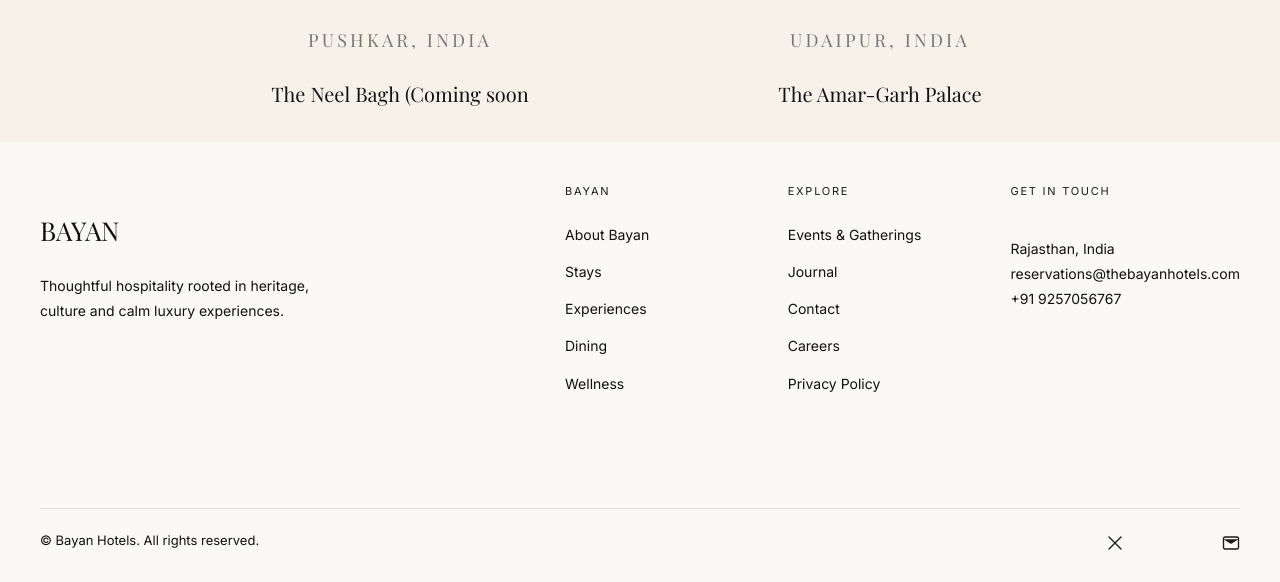
Repository: Arpitpawa/bayan-website
Page: properties/jaibagh-palace.html
These files come from the project's save history. The page is drawn as it stood at one moment and after a run of saves; the edit follows.
The browser window is 1280 px wide. The pictures show the part of the page from y = 4974 to 5556 px (the page is 5556 px tall).
A picture or video elsewhere on the page could not be fetched, so the positions and the page height are approximate.

Above is the page before, as saved 2026-02-28 11:58:21.
Console error: TypeError: Cannot set properties of null (setting 'onclick')

### properties/jaibagh-palace.html
<!DOCTYPE html>
<html lang="en">
<head>
  <meta charset="UTF-8">
  <title>The Jaibagh Palace, Jaipur | Bayan Group</title>
  <meta name="viewport" content="width=device-width, initial-scale=1.0">

  <!-- Fonts -->
  <link href="https://fonts.googleapis.com/css2?family=Playfair+Display:wght@400;500&family=Inter:wght@300;400&display=swap" rel="stylesheet">
<!-- Favicon -->
<link rel="apple-touch-icon" sizes="180x180" href="../assets/favicon/apple-touch-icon.png">
<link rel="icon" type="image/png" sizes="32x32" href="../assets/favicon/favicon-32x32.png">
<link rel="icon" type="image/png" sizes="16x16" href="../assets/favicon/favicon-16x16.png">
<link rel="shortcut icon" href="../assets/favicon/favicon.ico">
<link rel="manifest" href="../assets/favicon/site.webmanifest">

  <!-- CSS -->
  <link rel="stylesheet" href="../assets/css/hotel-detail.css">
     <link rel="stylesheet" href="../assets/css/style.css" />
   <link rel="stylesheet" href="../assets/css/header.css" />
    <link rel="stylesheet" href="../assets/css/footer.css" />
    <link rel="stylesheet" href="../assets/css/brand-skin.css" />

  <!-- Leaflet -->
<link
  rel="stylesheet"
  href="https://unpkg.com/leaflet@1.9.4/dist/leaflet.css"
/>
<script
  src="https://unpkg.com/leaflet@1.9.4/dist/leaflet.js"
  defer
></script>
<script src="https://unpkg.com/lucide@latest"></script>
</head>

<body class="hotel-page">
<!-- ================= HEADER ================= -->
    <header class="site-header">
      <div class="nav-bar">
        <!-- LEFT -->
        <div class="nav-left">
          <button class="menu-toggle" id="menuToggle">
            <svg viewBox="0 0 24 10">
              <line x1="0" y1="1" x2="24" y2="1"></line>
              <line x1="0" y1="9" x2="24" y2="9"></line>
            </svg>
            <span>Menu</span>
          </button>


        </div>

        <!-- CENTER -->
        <a href="../index.html" class="logo">
  <span class="logo-main">BAYAN</span>
  <span class="logo-sub">GROUP OF HOTELS & RESORTS</span>
</a>

        <!-- RIGHT -->
        <a
  href="https://www.swiftbook.io/inst/#group?groupId=341NlfplxPrIg9W3WZzfdTQ5Njg=&JDRN=Y"
  class="nav-cta"
  target="_blank"
  rel="noopener noreferrer"
>
  <span class="cta-desktop">BOOK NOW</span>
  <span class="cta-mobile">RESERVE</span>
</a>


      </div>
    </header>

<!-- ================= MENU OVERLAY ================= -->
<div class="menu-overlay" id="menuOverlay">
  <button class="menu-close-btn" id="menuCloseBtn" aria-label="Close menu">
    <span></span>
    <span></span>
  </button>

  <div class="menu-container">
    <nav class="menu-nav">
  <a href="../index.html">Home</a>
  <a href="../hotels.html">Stays</a>
  <a href="../experiences.html">Experiences</a>
  <a href="../offers.html">Offers</a>
  <a href="../wellness.html">Wellness</a>
  <a href="../dining.html">Dining</a>
  <a href="../about.html">About Bayan</a>
</nav>


    <div class="menu-destinations">
      <span class="menu-eyebrow">Discover Bayan In</span>
      <a href="#">Jaipur</a>
      <a href="#">Udaipur</a>
      <a href="#">Kumbhalgarh</a>
      <a href="#">Sawai Madhopur</a>
      <span class="coming">Pushkar — Coming Soon</span>
      <span class="coming">Jodhpur — Coming Soon</span>
    </div>
  </div>
</div>

<div class="nav-spacer"></div>

  <!-- PROPERTY SUB NAV -->
<section class="property-subnav">
  <div class="property-subnav-inner">

    <!-- Left: Property Name -->
    <div class="property-breadcrumb">
      THE JAIBAGH PALACE
    </div>

    <!-- Right: Section Links -->
    <nav class="property-links">
      <a href="#overview">Overview</a>
      <a href="#rooms">Accommodation</a>
      <a href="#experiences">Experiences</a>
      <a href="#dining">Dining</a>
      <a href="#wellness">Wellness</a>
      <a href="#getting-here">Getting Here</a>
    </nav>

  </div>
</section>

  <!-- HERO -->
  <section class="hotel-hero">
    <img src="../assets/images/jaibagh/jaibagh-jaipur.webp" alt="The Jaibagh Palace Jaipur">
     <!-- ================= LUXURY BOOKING BAR ================= -->

  </section>

 <section class="hotel-intro-discover">

  <!-- INTRO -->
  <div class="hotel-intro-block">
    <span class="hotel-location">Jaipur, Rajasthan</span>
    <h1>The Jaibagh Palace</h1>

    <p class="hotel-intro-text">
      A heritage palace retreat inspired by Rajputana architecture, set amidst the quiet hills on the outskirts of Jaipur.
      Designed to evoke the grandeur of a bygone era, The Jaibagh Palace offers serene courtyards, refined interiors and an atmosphere of calm sophistication deeply rooted in place and tradition.
    </p>
  </div>

  <!-- DISCOVER HEADER -->
  <div class="discover-header">
    <span class="discover-eyebrow">MAJESTIC EXPERIENCES</span>

    <h2>
      Discover timeless heritage, where every moment
      creates unforgettable memories
    </h2>

    <p>
      From regal dining halls to serene courtyards and immersive
      cultural experiences, every corner tells a story.
    </p>
  </div>

  <!-- SLIDER -->
  <div class="discover-slider">

    <button class="discover-nav prev">&#10094;</button>

    <div class="discover-viewport">
      <div class="discover-track" id="discoverTrack">

        <div class="discover-slide"><img src="../assets/images/jaibagh/g1.webp"><span>Royal Arrival</span></div>
        <div class="discover-slide"><img src="../assets/images/jaibagh/g2.webp"><span>Courtyard Architecture</span></div>
        <div class="discover-slide"><img src="../assets/images/jaibagh/g3.webp"><span>Golden Evenings</span></div>
        <div class="discover-slide"><img src="../assets/images/jaibagh/g4.webp"><span>Historic Detailing</span></div>
        <div class="discover-slide"><img src="../assets/images/jaibagh/g5.webp"><span>Authentic Dining</span></div>
        <div class="discover-slide"><img src="../assets/images/jaibagh/g6.webp"><span>Luxury Suite</span></div>
        <div class="discover-slide"><img src="../assets/images/jaibagh/g7.webp"><span>Royal Experiences</span></div>
        <div class="discover-slide"><img src="../assets/images/jaibagh/g8.webp"><span>Serene Interiors</span></div>
        <div class="discover-slide"><img src="../assets/images/jaibagh/g9.webp"><span>Pool & Leisure</span></div>
        <div class="discover-slide"><img src="../assets/images/jaibagh/g10.webp"><span>Sunset Moments</span></div>
        <div class="discover-slide"><img src="../assets/images/jaibagh/g11.webp"><span>Detail & Craft</span></div>
        <div class="discover-slide"><img src="../assets/images/jaibagh/g12.webp"><span>Timeless Heritage</span></div>

      </div>
    </div>

    <button class="discover-nav next">&#10095;</button>

  </div>

  <!-- PROGRESS LINE -->
  <div class="discover-progress">
    <div class="discover-progress-bar" id="discoverProgress"></div>
  </div>

</section>
  <!-- =========================================
     ROOM CATEGORIES SLIDER – JAIBAGH
========================================= -->
<section id="accommodation" class="rooms-section">

  <div class="rooms-header">
    <span class="section-eyebrow">Rooms & Suites</span>
    <h2>Spaces shaped by quiet elegance</h2>
  </div>

  <!-- Arrows in white space -->
  <button class="room-nav prev" id="roomPrev">‹</button>
  <button class="room-nav next" id="roomNext">›</button>

  <div class="rooms-slider">
    <div class="rooms-track" id="roomsTrack">

      <!-- CLASSIC ROOM -->
      <div class="room-slide">
        <div class="room-image">
          <img src="../assets/images/jaibagh/1.png" alt="Classic Room">
        </div>
        <div class="room-content">
          <h3>Classic Room</h3>
          <p>
            Thoughtfully designed spaces offering comfort and understated elegance,
            inspired by traditional Rajputana architecture.
          </p>
          <ul class="room-meta">
            <li>Garden or Courtyard View</li>
            <li>2 Adults</li>
          </ul>
          <a
  href="https://www.swiftbook.io/inst/#group?groupId=341NlfplxPrIg9W3WZzfdTQ5Njg=&JDRN=Y"
  target="_blank"
  class="room-btn">
  View Details
</a>
        </div>
      </div>

      <!-- HERITAGE ROOM -->
      <div class="room-slide">
        <div class="room-image">
          <img src="../assets/images/jaibagh/7.png" alt="Heritage Room">
        </div>
        <div class="room-content">
          <h3>Heritage Room</h3>
          <p>
            A refined blend of heritage detailing and contemporary comfort,
            overlooking landscaped courtyards.
          </p>
          <ul class="room-meta">
            <li>Courtyard View</li>
            <li>2 Adults</li>
          </ul>
         <a
  href="https://www.swiftbook.io/inst/#group?groupId=341NlfplxPrIg9W3WZzfdTQ5Njg=&JDRN=Y"
  target="_blank"
  class="room-btn">
  View Details
</a>
        </div>
      </div>

      <!-- MAHARANI SUITE -->
      <div class="room-slide">
        <div class="room-image">
          <img src="../assets/images/jaibagh/6.png" alt="Maharani Suite">
        </div>
        <div class="room-content">
          <h3>Maharani Suite</h3>
          <p>
            Spacious suites reflecting royal grandeur with handcrafted interiors
            and serene garden views.
          </p>
          <ul class="room-meta">
            <li>Suite Category</li>
            <li>2–3 Adults</li>
          </ul>

  <a
  href="https://www.swiftbook.io/inst/#group?groupId=341NlfplxPrIg9W3WZzfdTQ5Njg=&JDRN=Y"
  target="_blank"
  class="room-btn">
  View Details
</a>

        </div>
      </div>

      <!-- MAHARAJA SUITE -->
      <div class="room-slide">
        <div class="room-image">
          <img src="../assets/images/jaibagh/5.png" alt="Maharaja Suite">
        </div>
        <div class="room-content">
          <h3>Maharaja Suite</h3>
          <p>
            The most exclusive accommodation offering expansive living areas,
            regal detailing and complete privacy.
          </p>
          <ul class="room-meta">
            <li>Premium Suite</li>
            <li>2–4 Adults</li>
          </ul>

  <a
  href="https://www.swiftbook.io/inst/#group?groupId=341NlfplxPrIg9W3WZzfdTQ5Njg=&JDRN=Y"
  target="_blank"
  class="room-btn">
  View Details
</a>

        </div>
      </div>

    </div>
  </div>
<div class="rooms-progress">
  <div class="rooms-progress-bar" id="roomsProgressBar"></div>
</div>
</section>

  <!-- EDITORIAL GRID -->
  <section id="experiences" class="hotel-editorial">

    <div class="editorial-item">
      <img src="../assets/images/jaibagh/dining.webp" alt="">
      <h3 id="dining">Moments in Dining</h3>
      <p>
        A refined culinary experience inspired by Rajasthani heritage,
        seasonal ingredients, and understated presentation.
      </p>
    </div>

    <div class="editorial-item">
      <img src="../assets/images/jaibagh/g2.webp" alt="">
      <h3>A Gateway to Jaipur</h3>
      <p>
        Explore the cultural heart of Jaipur through curated journeys,
        historic landmarks, and intimate local encounters.
      </p>
    </div>

    <div class="editorial-item" id="wellness">
      <img src="../assets/images/jaibagh/wellness.webp" alt="">
      <h3>Wellbeing & Stillness</h3>
      <p>
        Spaces dedicated to rest and renewal, blending traditional
        wellness practices with modern comfort.
      </p>
    </div>

  </section>
  <!-- CELEBRATIONS & EVENTS -->
<!-- ================= CELEBRATIONS & EVENT SPACES ================= -->
<section class="venue-section">

  <h2 class="venue-heading">Our Elegant Event Spaces</h2>

  <div class="venue-list">

    <!-- FRONT LAWN -->
    <div class="venue-item">

      <div class="venue-row">
        <span class="venue-name">Front Lawn</span>
        <span class="venue-capacity">Up to 1000 Guests</span>
        <button class="venue-toggle">Discover More</button>
      </div>

      <div class="venue-expand">
        <div class="venue-expand-inner">

          <div class="venue-image">
            <img src="../assets/images/jaibagh/frontlawn.JPG" alt="Front Lawn">
          </div>

          <div class="venue-content">
            <h3>Front Lawn</h3>
            <p>
              A sprawling 20,000 sq.ft landscaped lawn ideal for grand weddings,
              receptions and large-scale celebrations in regal surroundings.
            </p>
            <a href="https://www.swiftbook.io/inst/#group?groupId=341NlfplxPrIg9W3WZzfdTQ5Njg=&JDRN=Y"
               class="venue-btn" target="_blank">Make an Enquiry</a>
          </div>

        </div>
      </div>

    </div>

    <!-- CENTRAL COURTYARD -->
    <div class="venue-item">

      <div class="venue-row">
        <span class="venue-name">Central Courtyard</span>
        <span class="venue-capacity">100 – 150 Guests</span>
        <button class="venue-toggle">Discover More</button>
      </div>

      <div class="venue-expand">
        <div class="venue-expand-inner">

          <div class="venue-image">
            <img src="../assets/images/jaibagh/centralcourtyard.png" alt="Central Courtyard">
          </div>

          <div class="venue-content">
            <h3>Central Courtyard</h3>
            <p>
              An intimate 2,500 sq.ft courtyard space perfect for curated
              celebrations, private gatherings and elegant evening events.
            </p>
            <a href="https://www.swiftbook.io/inst/#group?groupId=341NlfplxPrIg9W3WZzfdTQ5Njg=&JDRN=Y"
               class="venue-btn" target="_blank">Make an Enquiry</a>
          </div>

        </div>
      </div>

    </div>

    <!-- CONFERENCE ROOM -->
    <div class="venue-item">

      <div class="venue-row">
        <span class="venue-name">Conference Room</span>
        <span class="venue-capacity">Up to 250 Guests</span>
        <button class="venue-toggle">Discover More</button>
      </div>

      <div class="venue-expand">
        <div class="venue-expand-inner">

          <div class="venue-image">
            <img src="../assets/images/jaibagh/g12.webp" alt="Conference Room">
          </div>

          <div class="venue-content">
            <h3>Conference Room</h3>
            <p>
              A 5,000 sq.ft indoor venue suited for corporate meetings,
              conferences and formal gatherings with flexible seating layouts.
            </p>
            <a href="https://www.swiftbook.io/inst/#group?groupId=341NlfplxPrIg9W3WZzfdTQ5Njg=&JDRN=Y"
               class="venue-btn" target="_blank">Make an Enquiry</a>
          </div>

        </div>
      </div>

    </div>

    <!-- BACK LAWN -->
    <div class="venue-item">

      <div class="venue-row">
        <span class="venue-name">Back Lawn</span>
        <span class="venue-capacity">Up to 1000 Guests</span>
        <button class="venue-toggle">Discover More</button>
      </div>

      <div class="venue-expand">
        <div class="venue-expand-inner">

          <div class="venue-image">
            <img src="../assets/images/jaibagh/DJI_0730.JPG" alt="Back Lawn">
          </div>

          <div class="venue-content">
            <h3>Back Lawn</h3>
            <p>
              A magnificent 25,000 sq.ft open lawn designed for destination
              weddings, large receptions and bespoke celebrations.
            </p>
            <a href="https://www.swiftbook.io/inst/#group?groupId=341NlfplxPrIg9W3WZzfdTQ5Njg=&JDRN=Y"
               class="venue-btn" target="_blank">Make an Enquiry</a>
          </div>

        </div>
      </div>

    </div>

  </div>

</section>
  <!-- GETTING HERE -->
  <section id="getting-here" class="hotel-location-info">
    <h2>Getting here</h2>
    <p>
      The Jaibagh Palace is located approximately 45 minutes from
      Jaipur International Airport, offering a tranquil retreat
      within easy reach of the city.
    </p>

   <div class="aman-map-wrapper">
  <div id="amanMap"
     data-lat="26.9855"
     data-lng="75.8546"
     data-label="The Jaibagh Palace">
</div>

  <div class="aman-map-info">
    <div>
      <strong>Address</strong><br>
      Jaibagh Palace, Jaipur<br>
      Rajasthan, India
    </div>

    <div>
      <strong>Airports</strong><br>
      Jaipur International Airport (45 mins)
    </div>

    <div>
      <strong>By car</strong><br>
      45 minutes from Jaipur city
    </div>
    <a
      href="https://www.google.com/maps?q=Jaibagh+Palace+Jaipur"
      target="_blank"
      class="aman-directions"
    >
      Get directions
    </a>
  </div>
</div>
  </section>

  <!-- NEARBY RESORTS -->
<!-- NEARBY RESORTS -->
<section class="aman-nearby-resorts">

  <h2 class="aman-nearby-title">Book Your Next Stay </h2>

  <div class="nearby-viewport">
    <div class="nearby-track">

      <a class="nearby-item" href="">
        <img src="../assets/images/neelbagh.png" alt="">
        <span class="resort-location">PUSHKAR, INDIA</span>
        <h3 class="resort-name">The Neel Bagh (Coming soon</h3>
      </a>

      <a class="nearby-item" href="the-amargarh-palace.html">
        <img src="../assets/images/amargarh-udaipur.webp" alt="">
        <span class="resort-location">Udaipur, INDIA</span>
        <h3 class="resort-name">The Amar-Garh Palace</h3>
      </a>

    </div>
  </div>

</section>
<footer class="bayan-footer">

  <div class="footer-inner">

    <!-- BRAND -->
    <div class="footer-brand">
      <h3>BAYAN</h3>
      <p>
        Thoughtful hospitality rooted in heritage,
        culture and calm luxury experiences.
      </p>
    </div>

    <!-- FOOTER LINKS -->
    <div class="footer-links">

      <div class="footer-col">
        <span class="footer-title">Bayan</span>
        <a href="../about.html">About Bayan</a>
        <a href="../hotels.html">Stays</a>
        <a href="../experiences.html">Experiences</a>
        <a href="../dining.html">Dining</a>
        <a href="../wellness.html">Wellness</a>
      </div>

      <div class="footer-col">
        <span class="footer-title">Explore</span>
        <a href="../events-meetings.html">Events & Gatherings</a>
        <a href="../journal.html">Journal</a>
        <a href="../contact.html">Contact</a>
        <a href="#">Careers</a>
        <a href="#">Privacy Policy</a>
      </div>

      <div class="footer-col">
        <span class="footer-title">Get in Touch</span>
        <p>
          Rajasthan, India<br>
          reservations@thebayanhotels.com<br>
          +91 9257056767
        </p>
      </div>

    </div>

  </div>

  <!-- FOOTER BOTTOM -->
  <div class="footer-bottom">
    <span>© Bayan Hotels. All rights reserved.</span>

    <div class="footer-social">

  <!-- Instagram -->
  <a href="https://www.instagram.com/thejaibaghpalace_jaipur/" target="_blank" aria-label="Instagram">
    <i data-lucide="instagram"></i>
  </a>

  <!-- Facebook -->
  <a href="https://www.facebook.com/TheBayanGroupofHotelsandResorts/" target="_blank" aria-label="Facebook">
    <i data-lucide="facebook"></i>
  </a>

  <!-- Twitter / X -->
  <a href="https://x.com/BayanHotels" target="_blank" aria-label="X">
  <svg viewBox="0 0 24 24" width="22" height="22" stroke="#1a1a1a" fill="none" stroke-width="2" stroke-linecap="round">
    <line x1="4" y1="4" x2="20" y2="20"></line>
    <line x1="20" y1="4" x2="4" y2="20"></line>
  </svg>
</a>


  <!-- LinkedIn -->
  <a href="https://www.linkedin.com/company/thebayangroup/" target="_blank" aria-label="LinkedIn">
    <i data-lucide="linkedin"></i>
  </a>

  <!-- Email -->
  <a href="mailto:crs@thebayanhotels.com" aria-label="Email">
    <i data-lucide="mail"></i>
  </a>

</div>



</footer>
<a
  href="https://www.swiftbook.io/inst/#group?groupId=341NlfplxPrIg9W3WZzfdTQ5Njg=&JDRN=Y"
  class="floating-book"
  id="floatingBook"
  target="_blank"
  rel="noopener noreferrer"
>
  BOOK NOW
</a>

  <!-- SUB NAV SCROLL SCRIPT (DESKTOP ONLY) -->
   <script src="../assets/js/main.js"></script>
  <script src="../assets/js/subnav-scroll.js"></script>
<script src="../assets/js/innerpages-gallery.js"></script>
<script src="../assets/js/map.js"></script>
<script src="../assets/js/nearby-resorts.js"></script>
<script src="../assets/js/nearby-slider.js"></script>
<script src="../assets/js/roomscategories.js"></script>
<script>
  const menuOverlay = document.getElementById("menuOverlay");
  const menuToggle = document.getElementById("menuToggle");
  const menuClose = document.getElementById("menuCloseBtn");

  if (menuToggle && menuOverlay) {
    menuToggle.addEventListener("click", () => {
      menuOverlay.classList.add("active");
      document.body.classList.add("menu-open");
    });
  }

  if (menuClose) {
    menuClose.addEventListener("click", closeMenu);
  }

  document.addEventListener("keydown", (e) => {
    if (e.key === "Escape") closeMenu();
  });

  menuOverlay?.addEventListener("click", (e) => {
    if (e.target === menuOverlay) closeMenu();
  });

  function closeMenu() {
    menuOverlay.classList.remove("active");
    document.body.classList.remove("menu-open");
  }

  /* ACTIVE NAV LINK */
  document.querySelectorAll(".menu-nav a").forEach((link) => {
    if (window.location.href.includes(link.getAttribute("href"))) {
      link.classList.add("active");
    }
  });
</script>

</body>
</html>

### assets/css/brand-skin.css
/* ======================================
   BAYAN HOME PAGE SKIN
   Based on Property Page Palette
   SAFE OVERRIDE – BACKGROUNDS FIRST
====================================== */

/* ===== GLOBAL CANVAS ===== */
html,
body {
  background-color: #F6F2EA !important;
}

/* ===== ALL MAIN HOME SECTIONS ===== */
.intro-info,
.legacy-section,
.stays,
.our-stays,
.raas-stays,
.moments-wrapper,
.instagram-section {
  background-color: #F6F2EA !important;
}

/* ===== SOFT VARIATION (VERY SUBTLE) ===== */
.hotel-subnav,
.aman-gallery-wrap,
.aman-gallery-section {
  background-color: #F6F1E9 !important;
}

/* ===== PAPER-LIKE FLOATING AREAS ===== */
.center-card,
.map-box,
.editorial-card {
  background-color: #F4F1EB !important;
}

/* ===== CINEMATIC SECTIONS ===== */
.featured-slider,
.destination-parallax {
  background-color: #1C1C1C !important;
}

/* ===== OVERLAYS ===== */
.hero-overlay,
.destination-overlay {
  background: rgba(0,0,0,0.45) !important;
}
.booking-field {
  cursor: pointer;
}

.booking-field span {
  font-family: "Libre Baskerville", serif;
  font-size: 15px;
  letter-spacing: 0.2px;
  color: #2b2b2b;
}

/* subtle hover like Six Senses */
.booking-field:hover {
  background: rgba(0,0,0,0.03);
}

/* remove browser focus junk */
.booking-field:focus,
.booking-field *:focus {
  outline: none;
}

Loaded but not shown: assets/css/style.css (library); assets/js/main.js (551 lines, source omitted); assets/js/innerpages-gallery.js (287 lines, source omitted); assets/js/roomscategories.js (119 lines, source omitted); assets/js/nearby-slider.js (63 lines, source omitted); assets/js/map.js (66 lines, source omitted); assets/js/nearby-resorts.js (32 lines, source omitted); assets/js/subnav-scroll.js (28 lines, source omitted); assets/css/hotel-detail.css (2612 lines, source omitted); assets/css/header.css (955 lines, source omitted); assets/css/footer.css (243 lines, source omitted)

After the next 2 saves:
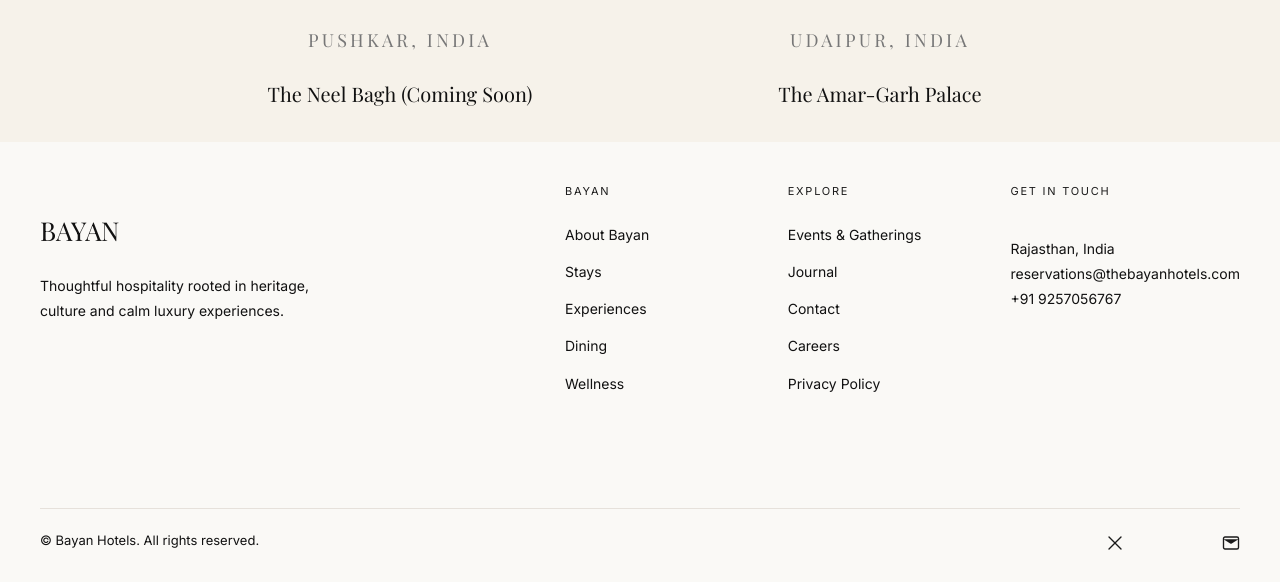
The 2 saves are shown as one change because they came seconds apart.
The last was saved 6 s later.
--- a/properties/jaibagh-palace.html
+++ b/properties/jaibagh-palace.html
@@ -540,7 +540,7 @@
       <a class="nearby-item" href="">
         <img src="../assets/images/neelbagh.png" alt="">
         <span class="resort-location">PUSHKAR, INDIA</span>
-        <h3 class="resort-name">The Neel Bagh (Coming soon</h3>
+        <h3 class="resort-name">The Neel Bagh (Coming Soon)</h3>
       </a>
 
       <a class="nearby-item" href="the-amargarh-palace.html">
